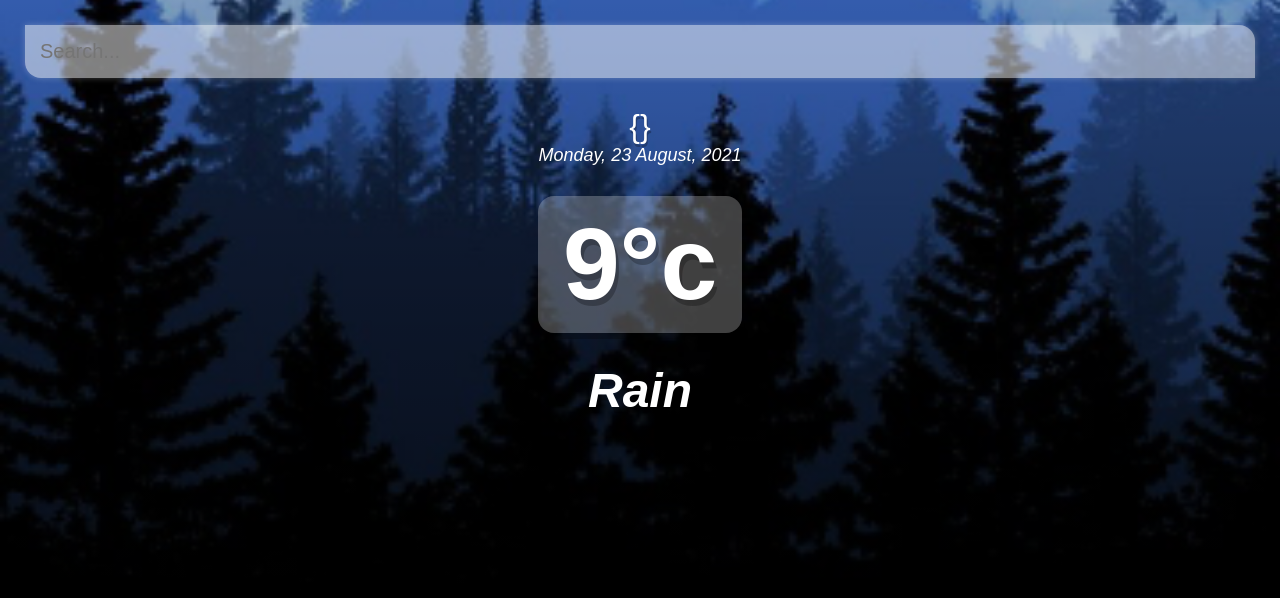
Repository: kate30980/weather-vuejs
Page: /
An editor plug-in stored every save of this project. The page is shown before and after the next save, followed by the edit.
The browser window is 1280 px wide. The pictures show the whole page.
The project was rebuilt for these pictures with package versions that can differ from the ones it lists, and the page was loaded fresh each time.

Above is the page before, as saved 2021-08-23 11:01:35.

### src/App.vue
<template>
  <div id="app">
    <main>

      <div class="search-box">
        <input
        type="text"
        class="search-bar"
        placeholder="Search..."
        v-model="query"
        @keypress="fetchWeather"
        />
      </div>
      {{ query }}
      <div class="weather-wrap">

        <div class="location-box">
          <div class="location">{{ weather }}</div>
          <div class="date">Monday, 23 August, 2021</div>
        </div>

        <div class="weather-box">
          <div class="temp">9°c</div>
          <div class="weather">Rain</div>
        </div>

      </div>
    </main>
  </div>
</template>

<script>

export default {
  name: 'App',
  data(){
    return{
      api_key:'9a1ed7d1efa5000413ec6fc31687ab4c',
      url_base: "https://api.openweathermap.org/data/2.5/",
      query: '',
      weather:{}
    }
  },
  methods: {
    fetchWeather(e){
      if(e.key == "Enter"){
        fetch(`${this.api_base}weather?q=${this.query}&units=metric&APPID=${this.api_key}`)
        .then(res => {
          return res.json();
        }).then(this.setResults);
      }
    },
    setResults(results){
      this.weather = results;
    }
  }
}
</script>

<style>
*{
  margin:0;
  padding:0;
  box-sizing: border-box;
}
body{
  font-family: 'montserrat', sans-serif;
}
#app{
  background-image: url('./assets/cold-bg.jpg');
  background-size: cover;
  background-position: bottom;
  transition: 0.4s;
}
main{
  min-height: 100vh;
  background-image: linear-gradient(to bottom, rgba(0,0,0,0.25), rgba(0,0,0,0.75));
  padding: 25px;
}
.search-box{
  width: 100%;
  margin-bottom: 30px;
}
.search-box .search-bar{
  display: block;
  width: 100%;
  padding:15px;
  color: #313131;
  font-size: 20px;

  appearance: none;
  border:none;
  outline: none;
  background:none;

  box-shadow: 0px 0px 6px rgba(255,255,255,0.25);
  background-color: rgba(255,255,255,0.5);
  border-radius: 0px 16px 0px 16px;
  transition: 0.4s
}
.search-box .search-bar:focus{
  box-shadow: 0px 0px 8px rgba(255,255,255,0.25);
  background-color: rgba(255,255,255,0.75);
  border-radius: 16px 0px 16px 0px;
}
.location-box .location{
  color: #fff;
  font-size: 32px;
  font-weight: 500;
  text-align: center;
  text-shadow: 1px 3px rgba(0,0,0,0.25);
}
.location-box .date{
  color: #fff;
  font-size: 18px;
  font-weight: 300;
  font-style: italic;
  text-align: center;
}
.weather-box{
  text-align: center;
}
.weather-box .temp{
  display: inline-block;
  padding: 10px 25px;
  color: #fff;
  font-size: 102px;
  font-weight: 900;

  text-shadow: 3px 6px rgba(0,0,0,0.25);
  background-color: rgba(255,255,255,0.25);
  border-radius: 16px;
  margin: 30px 0px;

  box-shadow: 3px 6px rgba(0,0,0,0.25);
}
.weather-box .weather{
  color: #fff;
  font-size: 48px;
  font-weight: 700;
  font-style: italic;
  text-shadow: 3px 6px rgba(0,0,0,0.25);
}
</style>

Loaded but not shown: public/index.html (common file); src/main.js (common file)

After the next save:
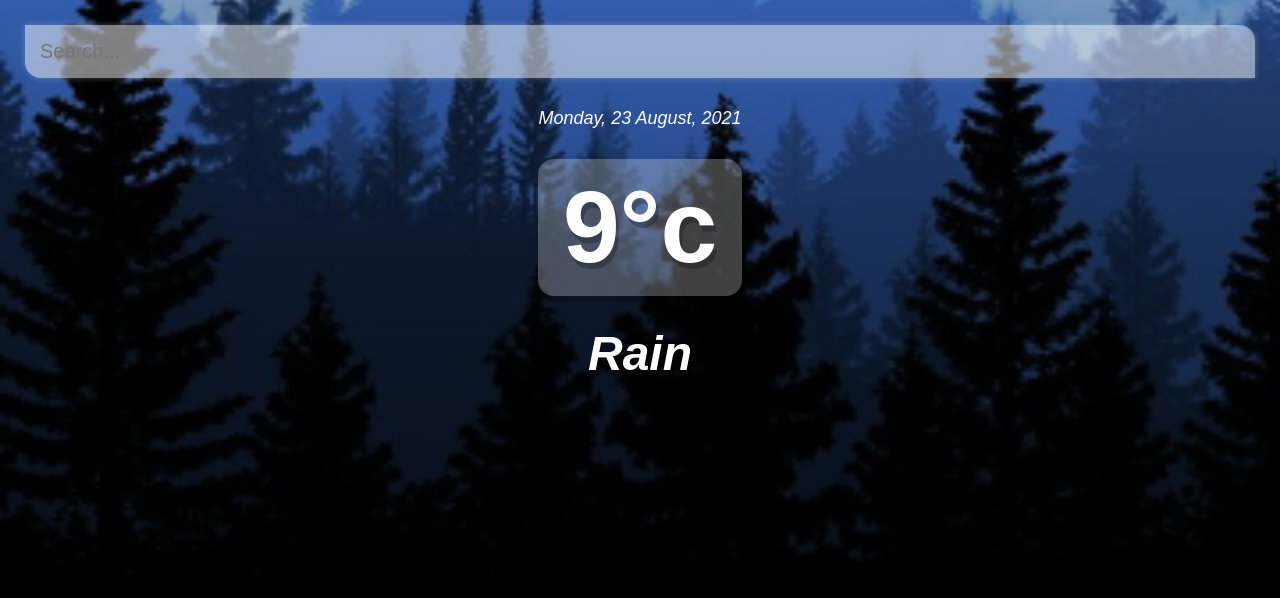
Saved 16 s later.
--- a/src/App.vue
+++ b/src/App.vue
@@ -15,7 +15,7 @@
       <div class="weather-wrap">
 
         <div class="location-box">
-          <div class="location">{{ weather }}</div>
+          <div class="location">{{ weather.name }}</div>
           <div class="date">Monday, 23 August, 2021</div>
         </div>
 
